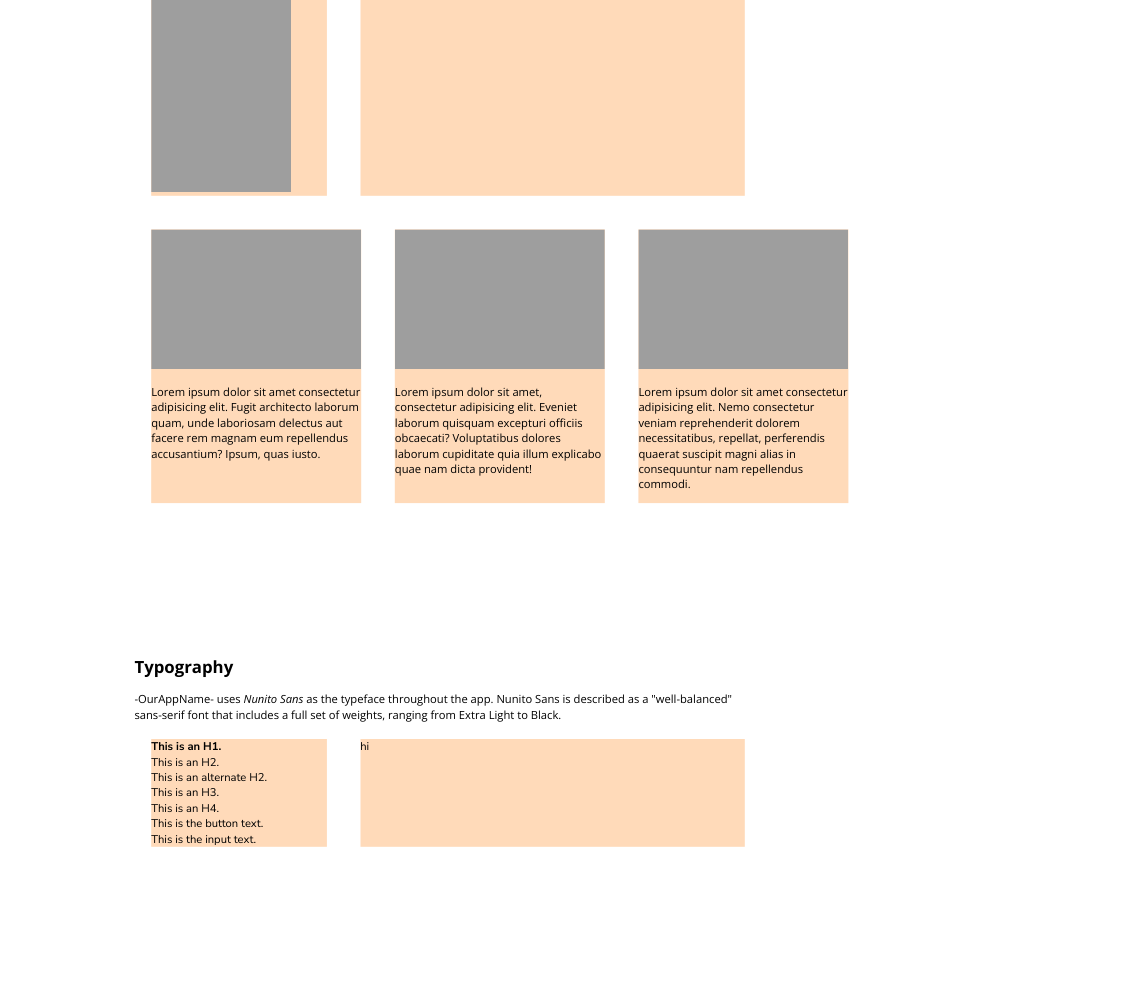
Repository: seohyun9672/Timearth-A6Styleguide
Page: page2.html
The author's editor kept a copy of each file at every save. The page is drawn from the files as they stood at one save, then again after the next save.
The browser window is 1280 px wide. The page is 1632 px wide, so the pictures cover 1632 px, including what lies to the right of the window. The pictures show the part of the page from y = 904 to 2424 px (the page is 2330 px tall before and 2424 px after), at 70% of full size.
Pictures or frames that could not be fetched are drawn as grey boxes.

Above is the page before, as saved 2022-03-19 17:28:36.

After the next save:
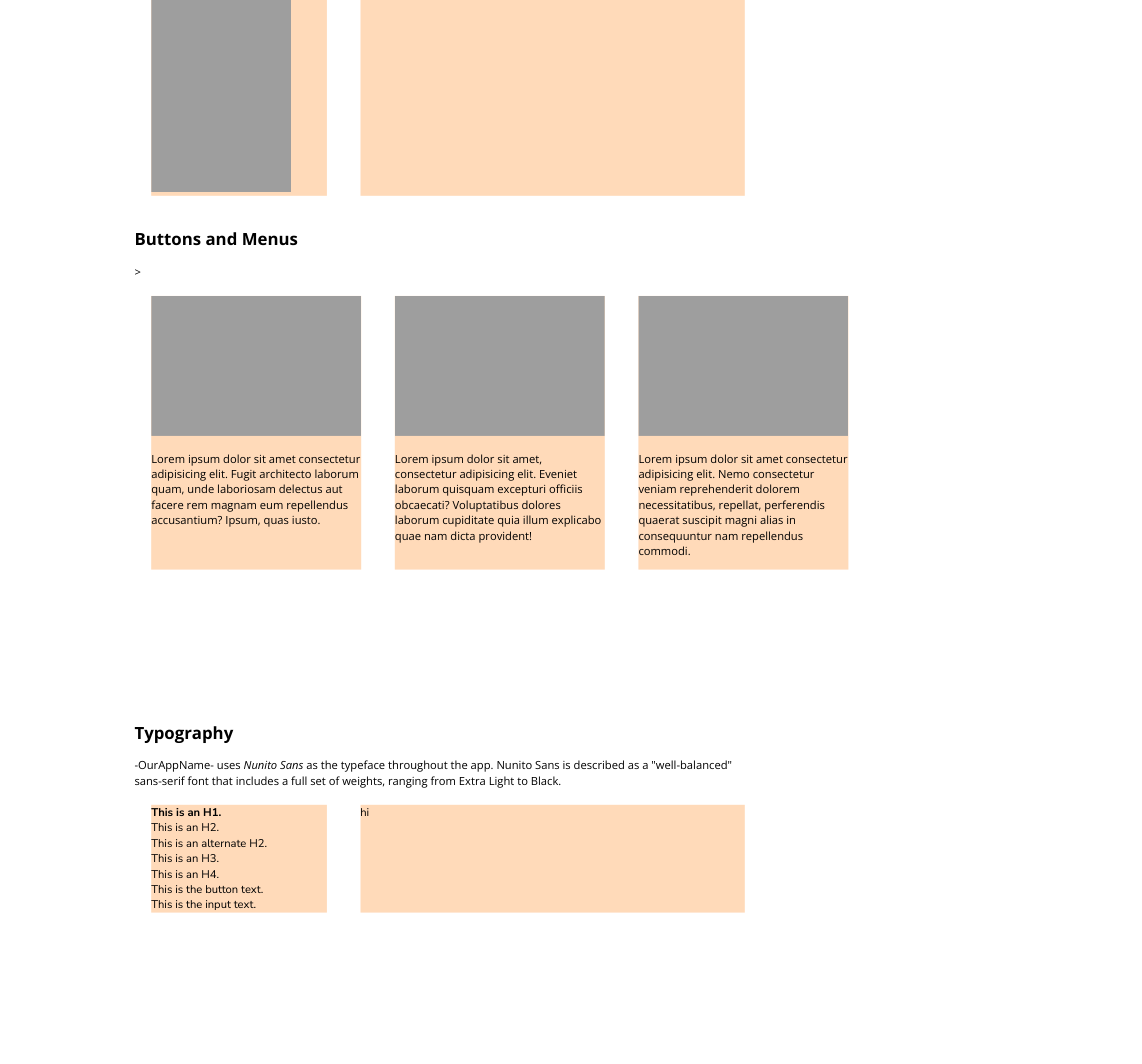
Saved 68 s later.
--- a/page2.html
+++ b/page2.html
@@ -39,6 +39,7 @@
         </div>
         <div class="col">Lorem ipsum dolor sit amet consectetur adipisicing elit. Corrupti laudantium illo iure alias recusandae accusamus reiciendis consequatur aliquid sint veritatis modi dolores, eveniet porro tempore similique aspernatur. Quas, hic quo sed necessitatibus illum suscipit molestiae consequuntur sit provident nobis ullam repellat obcaecati ipsa quos in cumque mollitia eius ratione facilis ut libero laboriosam tempora eum sint! Nisi sapiente veritatis ad iure esse magni reprehenderit odio non perferendis, sed recusandae beatae corporis quasi ipsam assumenda unde!</div>
       </div>
+      <h2>Buttons and Menus</h2>>
       <div class="col-3">
         <div class="col">
           <img src="https://placekitten.com/300/200" />
